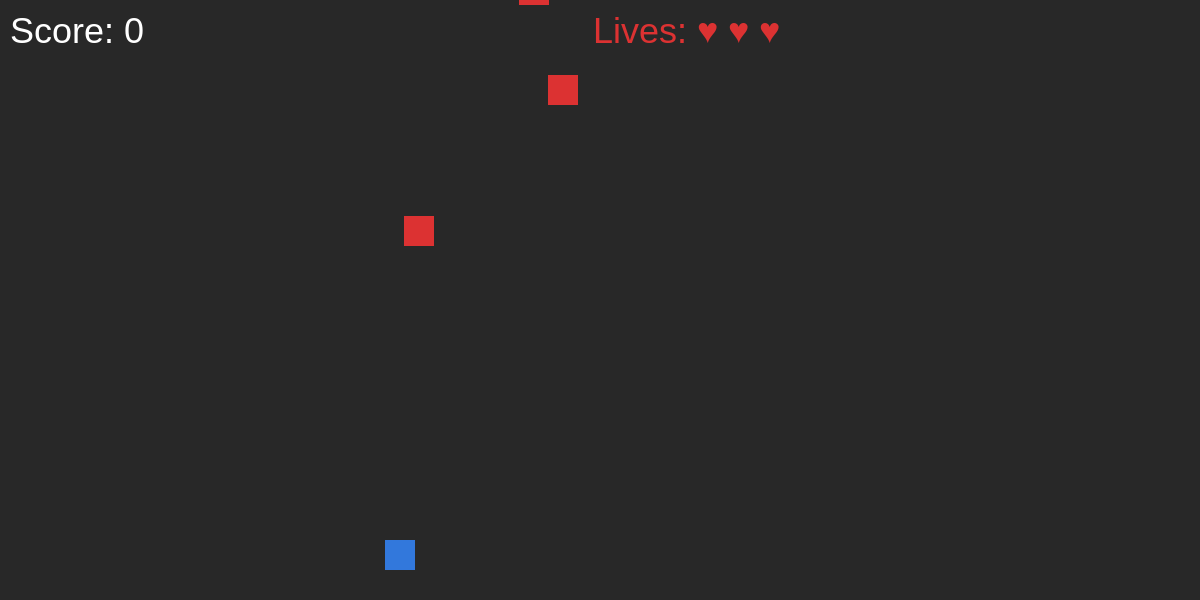
Repository: Magodang/20260181
Script's output: python week5fd/week5.py
An editor plug-in stored every save of this project. The script's output is shown before and after the next save, followed by the edit.
The window is shown after at most 60 frames with no key pressed. A system font it names is replaced by a similar one. Random numbers start from a fixed seed.

Above is the script's output before, as saved 2026-03-31 14:48:52.

After the next save:
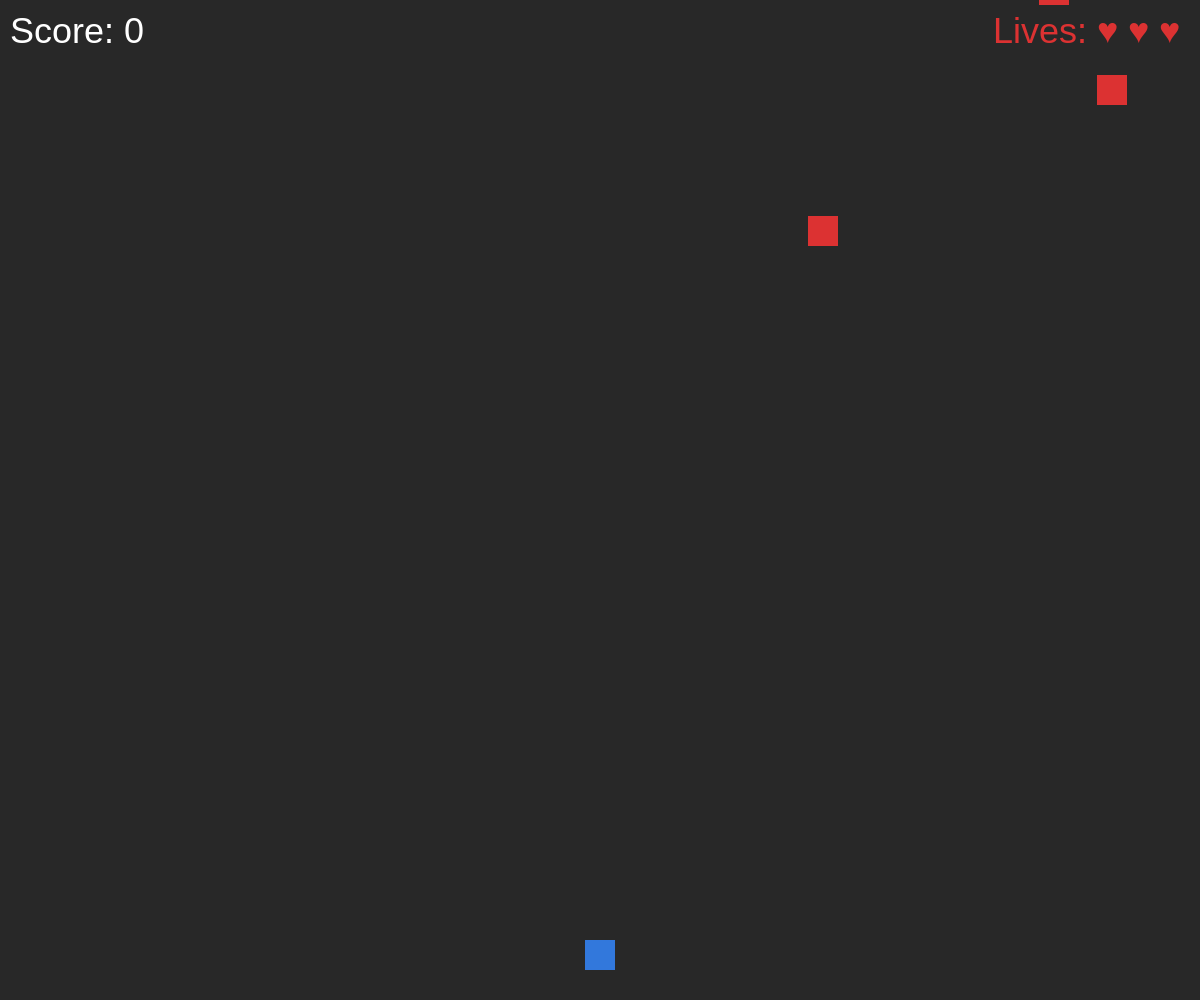
Saved 115 s later.
--- a/week5fd/week5.py
+++ b/week5fd/week5.py
@@ -12,7 +12,7 @@ def get_korean_font(size):
             return font
     return pygame.font.SysFont(None, size)
 
-WIDTH, HEIGHT = 800, 600
+WIDTH, HEIGHT = 1200, 1000
 FPS = 60
 
 WHITE  = (255, 255, 255)
